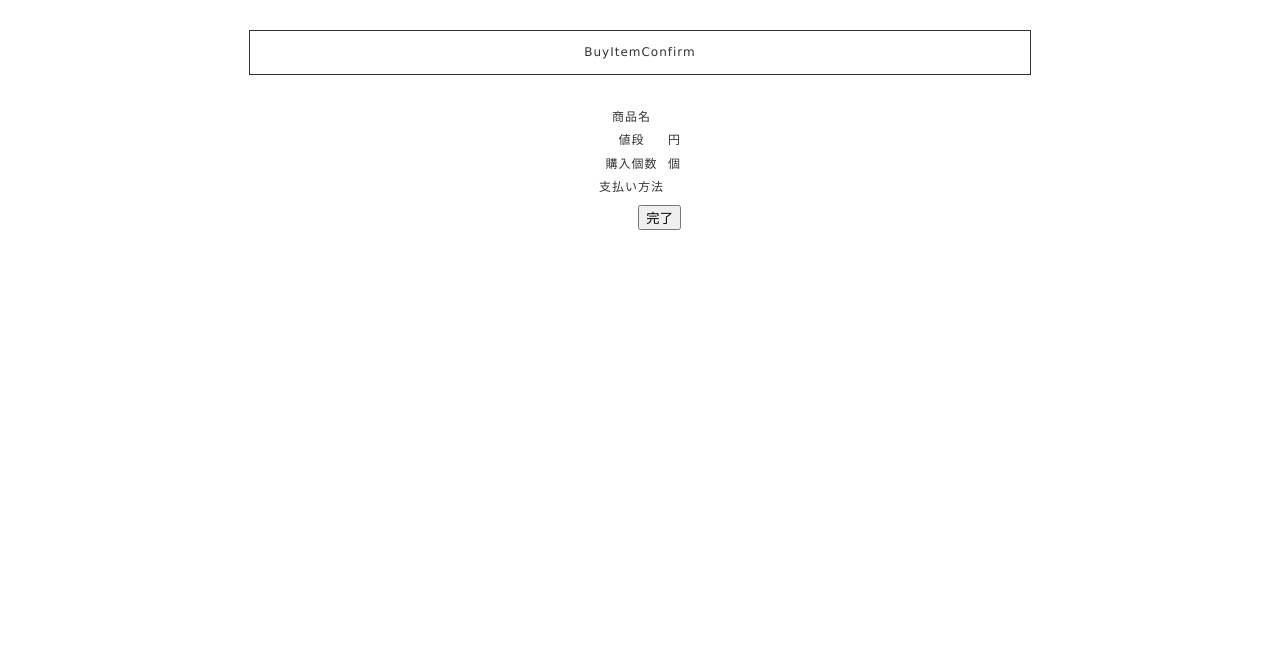
Repository: NoriakiYasumura/test01
Page: http://localhost/template/buyItemConfirm.jsp
An editor plug-in stored every save of this project. The page is shown before and after a run of saves, followed by the edit.
The browser window is 1280 px wide. The pictures show the whole page.
The page is served by Tomcat 9. Other server files are loaded and not shown.

Above is the page before, as saved 2019-04-09 04:32:12.

### template/WebContent/buyItemConfirm.jsp
<%@ page language="java" contentType="text/html; charset=UTF-8"
    pageEncoding="UTF-8"%>
<%@ taglib prefix="s" uri="/struts-tags" %>
<!DOCTYPE html>
<html>
	<head>
		<meta http-equiv="Content-Type" content="text/html; charset=UTF-8"/>
		<meta http-equiv="Content-Style-Type" content="text/css"/>
		<meta http-equiv="Content-Script-Type" content="text/javascript"/>
		<meta http-equiv="imagetoolbar" content="no"/>
		<meta name="description" content=""/>
		<meta name="keywords" content=""/>
		<title>buyItemConfirm画面</title>

		<style type="text/css">
			/* TAG LAYOUT */
			body{
					margin:0;
					padding:0;
					line-height:1.6;
					letter-spacing:1px;
					font-family:Verdana,Helvetica,sans-serif;
					font-size:12px;
					color:#333;
					background:#fff;
			}
			table{
				text-align:center;
				margin:0 auto;
			}
			/* ID LAYOUT */
			#top{
				width:780px;
				margin:30px auto;
				border:1px solid #333;
			}
			#main{
				width:100%;
				height:500px;
				text-align:center;
			}
			#footer{
				width:100%;
				height:80px;
				background-color:black;
				clear:both;
			}
		</style>
	</head>
	<body>
		<div id="header"></div>

		<div id="main">
			<div id="top">
				<p>BuyItemConfirm</p>
			</div>
			<div>
				<s:form action="BuyItemConfirmAction">
					<table>
						<tr>
							<td>商品名</td>
							<td>
								<s:property value="session.buyItem_name"/>
							</td>
						</tr>
						<tr>
							<td>値段</td>
							<td>
								<s:property value="session.buyItem_price"/>
								<span>円</span>
							</td>

						</tr>
						<tr>
							<td>購入個数</td>
							<td>
								<s:property value="session.stock"/>
								<span>個</span>
							</td>

						</tr>
						<tr>
							<td>支払い方法</td>
							<td>
								<s:property value="session.pay"/>
							</td>

						</tr>
						<tr>
							<td><s:submit value="完了"/></td>
						</tr>
					</table>
				</s:form>
			</div>
		</div>
	</body>
</html>

After the next 2 saves:
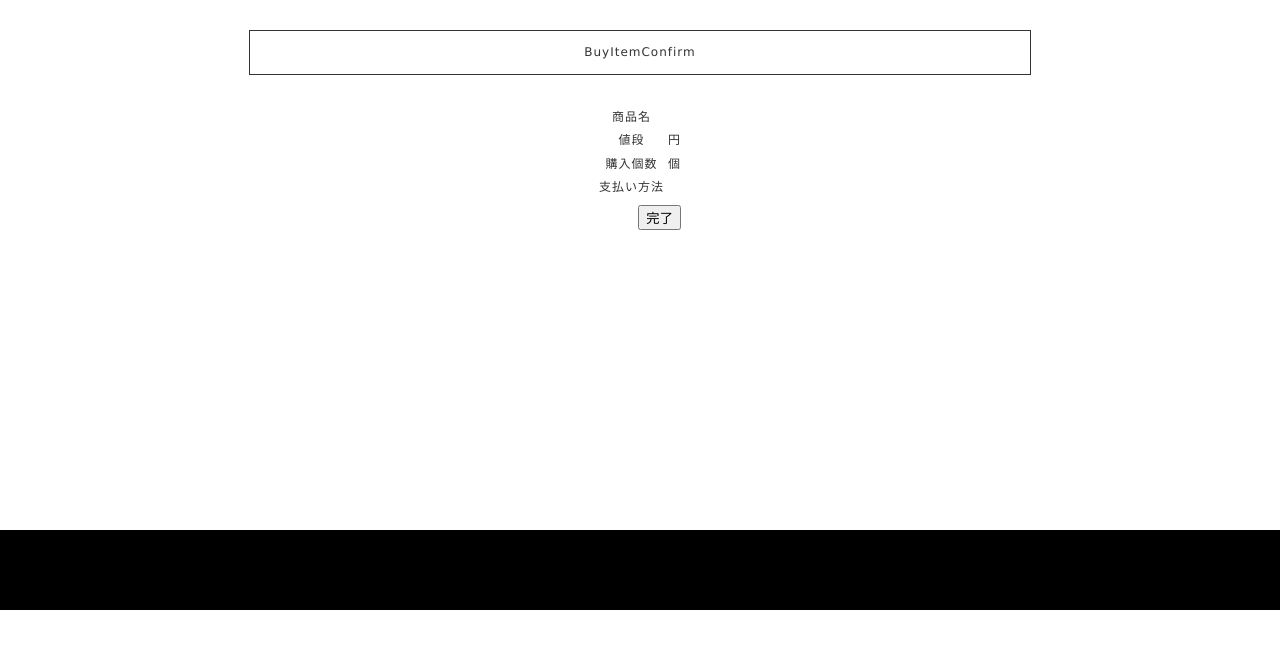
The 2 saves are shown as one change because they came seconds apart.
The last was saved 9 min 10 s later.
--- a/template/WebContent/buyItemConfirm.jsp
+++ b/template/WebContent/buyItemConfirm.jsp
@@ -93,5 +93,7 @@
 				</s:form>
 			</div>
 		</div>
+
+		<div id="footer"></div>
 	</body>
 </html>
